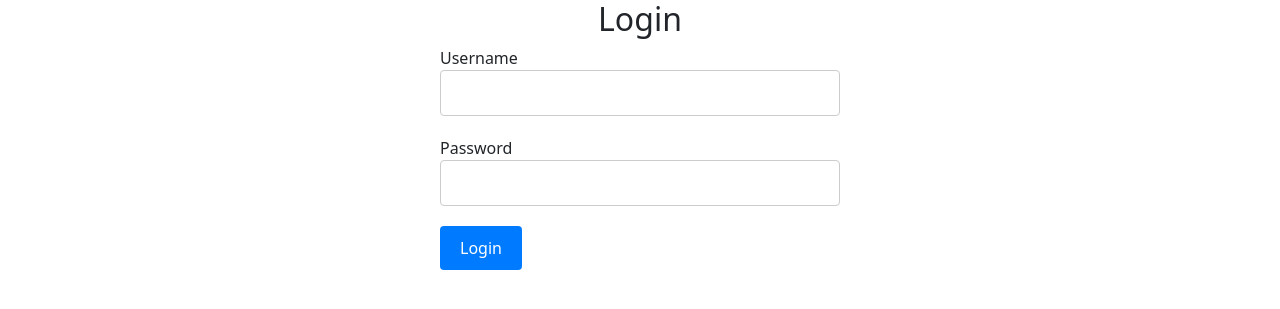
Repository: gabrielwodtke282/PetShop-fofinhos
Page: front-end/index.html
These files come from the project's save history. The page is drawn as it stood at one moment and after the next save; the edit follows.
The browser window is 1280 px wide. The pictures show the whole page.

Above is the page before, as saved 2026-03-23 10:06:18.

After the next save:
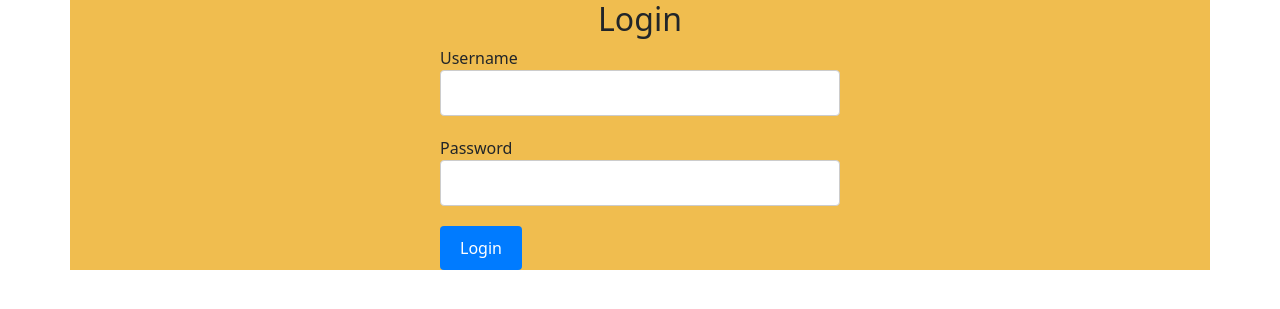
Saved 7 s later.
--- a/front-end/styles.css
+++ b/front-end/styles.css
@@ -28,3 +28,9 @@
 .login-form .form-group {
     margin-bottom: 20px;
 }
+
+.container{
+    background-color:
+#f0bd4f
+;
+}
